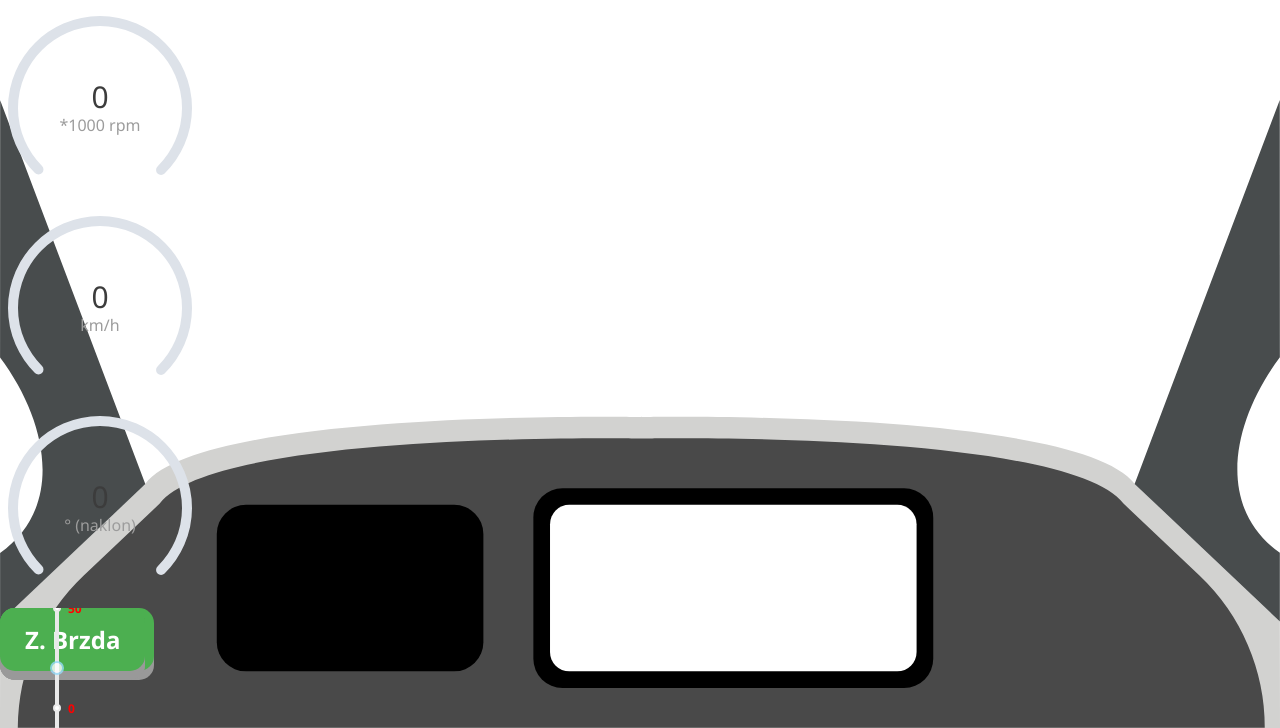
Repository: matyasvelc/train
Page: / (app in frontend/)
An editor plug-in stored every save of this project. The page is shown before and after the next save, followed by the edit.
The browser window is 1280 px wide. The pictures show the whole page.
The page's requests for data from a server got no answer. The project was rebuilt for these pictures with package versions that can differ from the ones it lists, and the page was loaded fresh each time. No one was signed in, and anything a server would have sent is missing.

Above is the page before, as saved 2022-04-04 16:33:55.

After the next save:
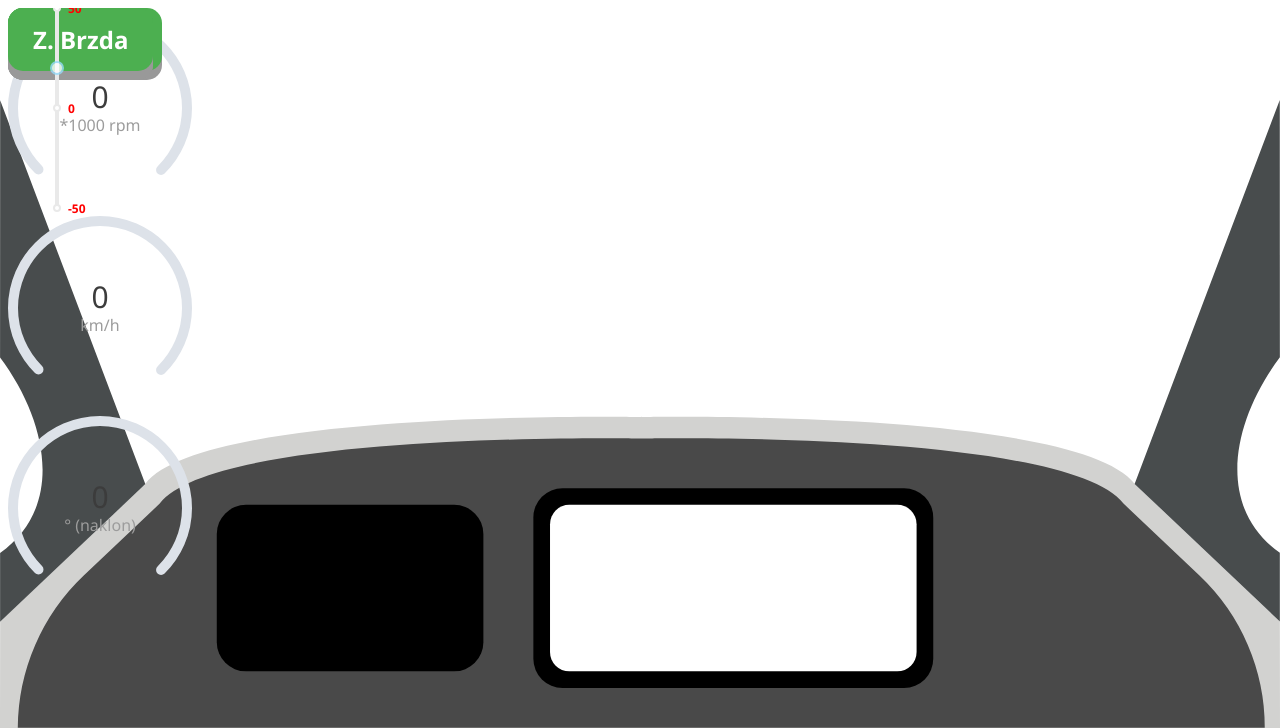
Saved 3 s later.
--- a/frontend/src/index.js
+++ b/frontend/src/index.js
@@ -108,7 +108,6 @@ function App() {
   return (
     <div className="demo">
       <div className='vlak'>
-      <div className='budiky'>
       <Progress
         progress={rpm}
         max={4}
@@ -145,7 +144,6 @@ function App() {
           </div>
         </div>
         </div>
-    </div>
   )
 }
 
